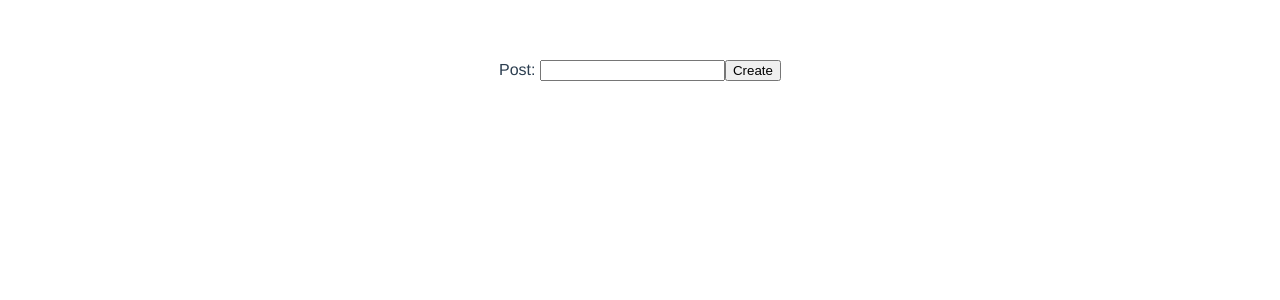
Repository: AnatoliyZaporozhets/HomeTask
Page: / (app in HomeWork_2/Task_1/)
These files come from the project's save history. The page is drawn as it stood at one moment and after the next save; the edit follows.
The browser window is 1280 px wide. The pictures show the whole page.
The project was rebuilt for these pictures with package versions that can differ from the ones it lists, and the page was loaded fresh each time. Also part of the build but not shown: HomeWork_2/Task_1/vue.config.js.

Above is the page before, as saved 2022-04-17 15:23:58.

After the next save:
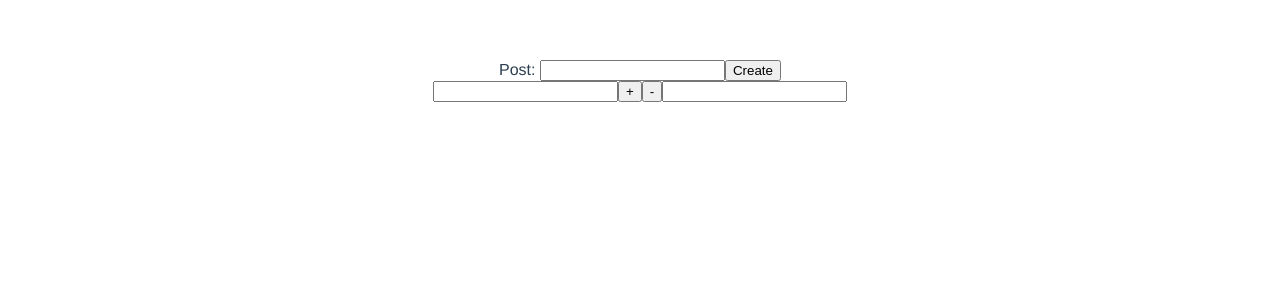
Saved 15 min 39 s later.
--- a/HomeWork_2/Task_1/src/components/PostList/index.vue
+++ b/HomeWork_2/Task_1/src/components/PostList/index.vue
@@ -1,13 +1,27 @@
 <template>
     <div>
-
+        <input type="text" name="" id="">
+        <button @click="onChange(1)">+</button>
+        <button @click="onChange(-1)">-</button>
+        <input type="number">
     </div>
 </template>
 
 <script>
     export default {
-        name:'PostList'
-    }
+        name:'PostList',
+    data(){
+        return{
+            likes:0
+        }
+    },
+    methods: {
+    onChange(increment) {
+      this.likes+=increment
+    },
+
+    }}
+
 </script>
 
 <style lang="scss" scoped>
